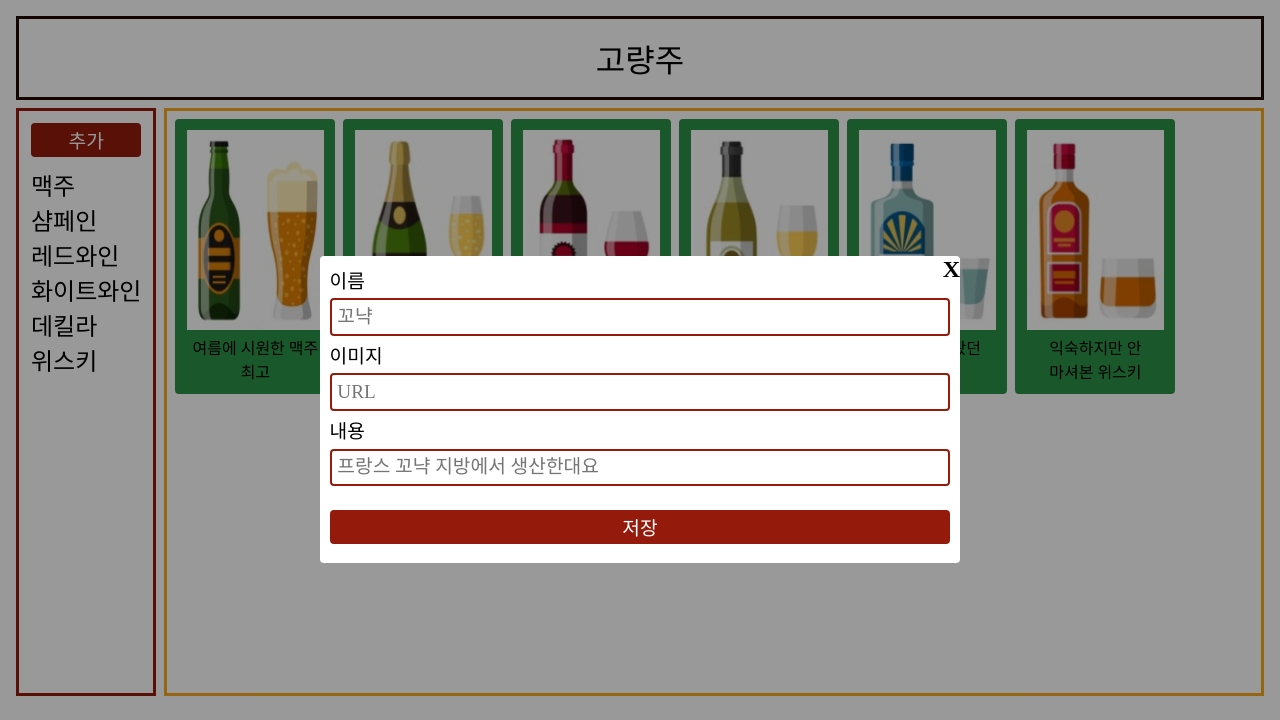
Repository: Jay-JYKim91/grj_2nd_week
Page: index.html
These files come from the project's save history. The page is drawn as it stood at one moment and after the next save; the edit follows.
The browser window is 1280 px wide. The pictures show the whole page.
An inner scrolling area shows only its first screen. Some web fonts or font styles are not loaded; a fallback is used.

Above is the page before, as saved 2022-05-16 17:01:48.

After the next save:
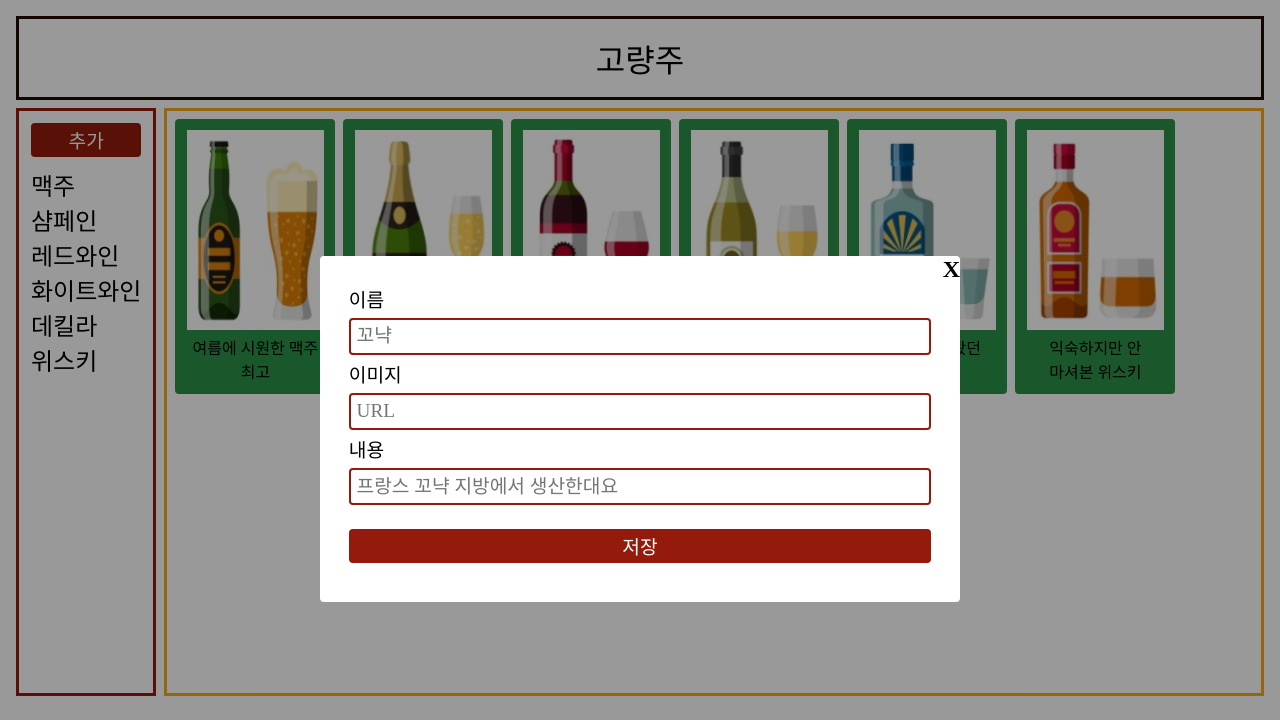
Saved 33 s later.
--- a/styles.css
+++ b/styles.css
@@ -117,7 +117,7 @@ aside {
   position: relative;
   background-color: white;
   margin: 20% auto; /* 15% from the top and centered */
-  padding: 0.5em;
+  padding: 1.5em;
   border-radius: 4px;
   width: 50%; /* Could be more or less, depending on screen size */
   display: flex;
